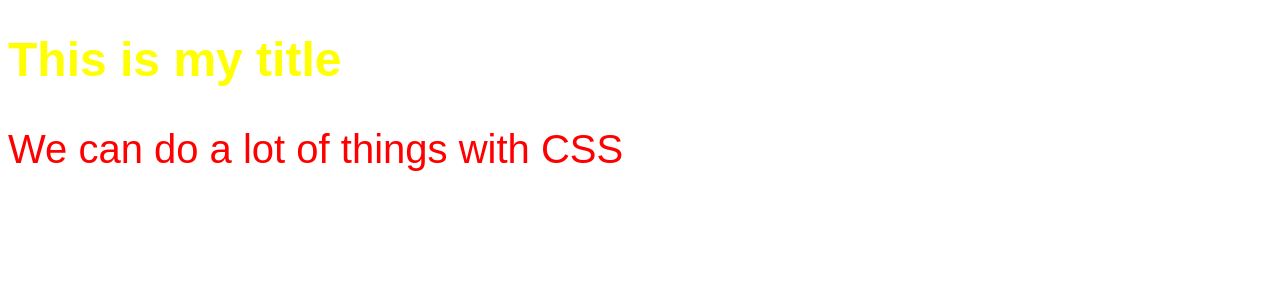
Repository: yjaneyy/ps-class-demo
Page: index.html
The author's editor kept a record of every edit. The page is drawn from the files as they stood at one moment, then again after the next edit.
The browser window is 1280 px wide. The pictures show the whole page.

Above is the page before.

### index.html
<!DOCTYPE html>
<html>
    <head>
        <title>Example Page</title>
        <style>
            #paragraph{
                font-size:40px;
                color: red;
            }
            .font-selector{
                font-family:Arial;
            }
        </style>
    </head>
    <body>
        <!--inline comment-->
        <h1 class="font-selector" style="color:yellow; font-size:48px">This is my title</h1>
        <p class="font-selector" id="paragraph">
            We can do a lot of things with CSS
        </p>
    </body>
</html>

After the next edit:
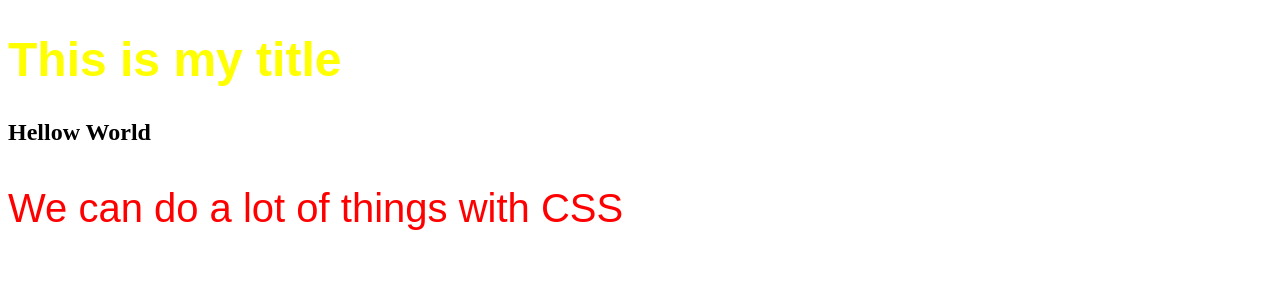
The edit:
--- a/index.html
+++ b/index.html
@@ -15,6 +15,7 @@
     <body>
         <!--inline comment-->
         <h1 class="font-selector" style="color:yellow; font-size:48px">This is my title</h1>
+        <h2>Hellow World</h2>
         <p class="font-selector" id="paragraph">
             We can do a lot of things with CSS
         </p>
